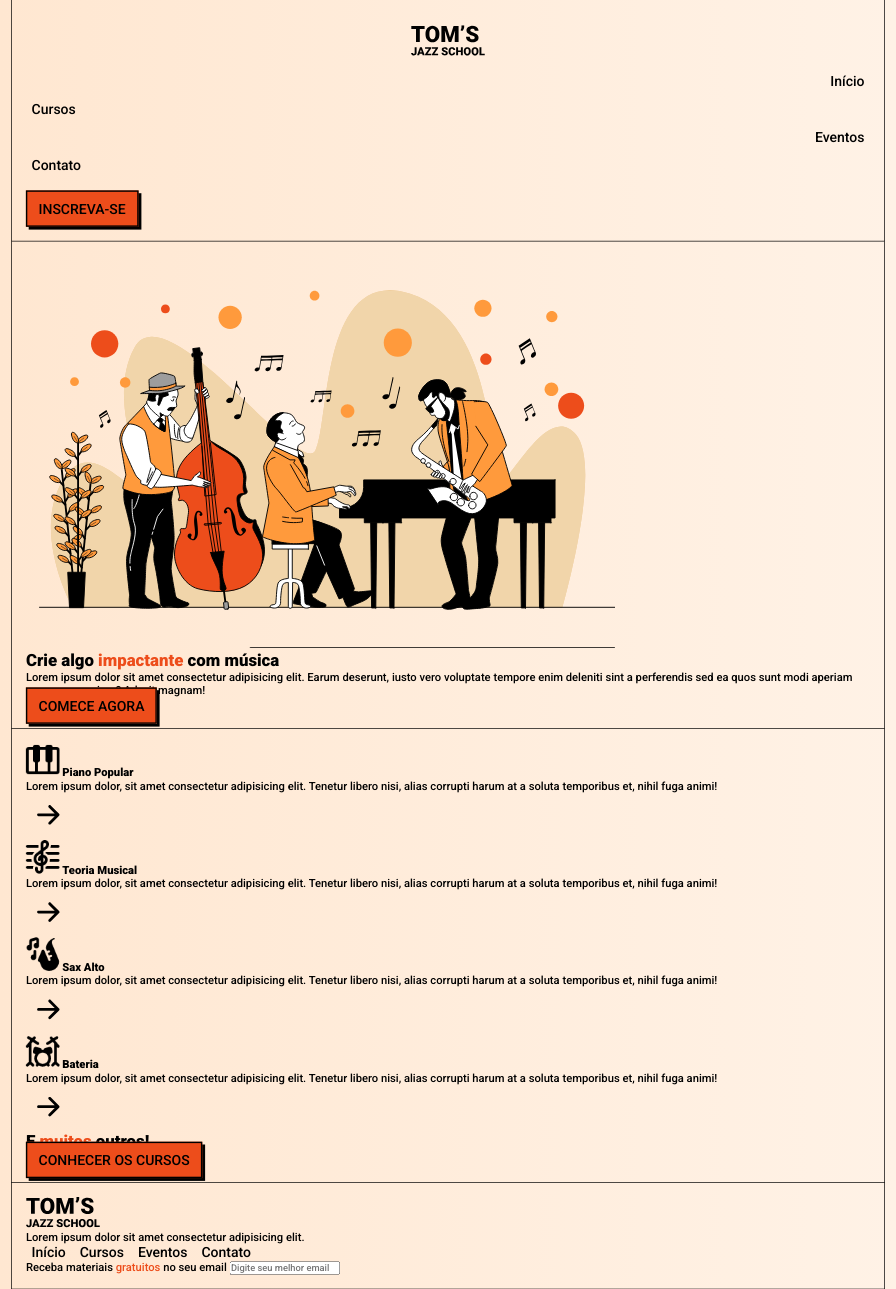
Repository: tenoriodasilva31/OBC-Music-School
Page: index.html
The author's editor kept a copy of each file at every save. The page is drawn from the files as they stood at one save, then again after the next save.
The browser window is 1280 px wide. The pictures show the whole page, at 70% of full size.

Above is the page before, as saved 2023-07-05 17:23:04.

### index.html
<!DOCTYPE html>
<html lang="pt-BR">
<head>
    <meta charset="UTF-8">
    <meta name="viewport" content="width=device-width, initial-scale=1.0">
    <title>Tom's Jazz School</title>

    <link rel="preconnect" href="https://fonts.googleapis.com">
    <link rel="preconnect" href="https://fonts.gstatic.com" crossorigin>

    <link rel="stylesheet" href="index.css">

    <link href="https://fonts.googleapis.com/css2?family=Roboto:wght@500;900&display=swap" rel="stylesheet">
</head>
<body>
    <header>
        <img src="./img/logo.svg" alt="Tom's School">
        <nav class="mt-1 nx-auto">
            <a href="#">Início</a>
            <a href="#">Cursos</a>
            <a href="#">Eventos</a>
            <a href="#">Contato</a>
        </nav>
        <button href="#" class="button mt-1 nx-auto">Inscreva-se</button>
    </header>
    <main>
        <section class="hero-section">
            <img src="/img/hero-img.svg" alt="Banda de jazz se apresentando">
            <div>
                <h1>Crie algo <span class="text-primary">impactante</span> com música</h1>
                <p>Lorem ipsum dolor sit amet consectetur adipisicing elit. Earum deserunt, iusto vero voluptate tempore enim deleniti sint a perferendis sed ea quos sunt modi aperiam numquam veniam? Ad, sit magnam!</p>
                <a href="#" class="button mt-1 mb-1 nx-auto">Comece agora</a>
            </div>
        </section>
        <section class="courses-section">
            <div class="cards">
            <article>

                <img src="/img/piano.png" alt="icone de teclas de piano">
                <strong>Piano Popular</strong>
                <p>Lorem ipsum dolor, sit amet consectetur adipisicing elit. Tenetur libero nisi, alias corrupti harum at a soluta temporibus et, nihil fuga animi!</p>
                <a href="#">
                    <img src="/img/arrow-right.svg" alt="Ir para página do curso">
                </a>
            </article>
            <article>
                <img src="/img/clef.png" alt="icone clave">
                <strong>Teoria Musical</strong>
                <p>Lorem ipsum dolor, sit amet consectetur adipisicing elit. Tenetur libero nisi, alias corrupti harum at a soluta temporibus et, nihil fuga animi!</p>
                <a href="#">
                    <img src="/img/arrow-right.svg" alt="Ir para página do curso">
                </a>
            </article>
            <article>
                <img src="/img/sax.png" alt="icone de teclas de piano">
                <strong>Sax Alto</strong>
                <p>Lorem ipsum dolor, sit amet consectetur adipisicing elit. Tenetur libero nisi, alias corrupti harum at a soluta temporibus et, nihil fuga animi!</p>
                <a href="#">
                    <img src="/img/arrow-right.svg" alt="Ir para página do curso">
                </a>
            </article>
            <article>
                <img src="/img/drums.png" alt="icone de teclas de piano">
                <strong>Bateria</strong>
                <p>Lorem ipsum dolor, sit amet consectetur adipisicing elit. Tenetur libero nisi, alias corrupti harum at a soluta temporibus et, nihil fuga animi!</p>
                <a href="#">
                    <img src="/img/arrow-right.svg" alt="Ir para página do curso">
                </a>
            </article>
            </div>
            <h2>E <span class="text-primary">muitos</span> outros!</h2>
            <a href="#" class="button">Conhecer os cursos</a>
        </section>
    </main>

    <footer>
        <div>
            <img src="/img/logo.svg" alt="Tom's School">
            <p>Lorem ipsum dolor sit amet consectetur adipisicing elit. </p>
        </div>
        <nav>
            <a href="#">Início</a>
            <a href="#">Cursos</a>
            <a href="#">Eventos</a>
            <a href="#">Contato</a>
        </nav>
        <form>
            <label for="email">Receba materiais <span class="text-primary">gratuitos</span> no seu email</label>
            <input type="text" name="email" id="email" placeholder="Digite seu melhor email">
        </form>
    </footer>
</body>
</html>

### index.css
* {
    box-sizing: border-box;
    font-family: 'Roboto', sans-serif;
    margin: 0;
    padding: 0;
}

:root {
    --color-primary: #ED4D1B;
    --color-secondary: #FF9a3c;
    --color-black: #000;
    --color-white: #FFF;
}

body {
    background: linear-gradient(90deg, #ffe7d1 0%, #FFF2e6 100%);
    padding: 0 1rem;
}

header,.hero-section, .courses-section, footer {
    border-color: var(--color-black);
    border-style: solid;
    border-width: 0 1px 1px 1px;
    padding: 1.25rem;
}

header img {
    display: block;
    margin: 1rem auto;
}

header nav {
    display: grid;
    grid-template-columns: 1fr, 1fr;
}

nav a {
    color: var(--color-black);
    font-size: 1.25rem;
    padding: .5rem;
    text-decoration: none;
}

header nav a:nth-child(2n-1) {
    text-align: right;
}

.button {
    background-color: var(--color-primary);
    border: 2px solid var(--color-black);
    box-shadow: 4px 4px 0 var(--color-black);
    color: var(--color-black);
    display: black;
    font-size: 1.25rem;
    padding: .75rem 1rem;
    max-width: 14rem;
    text-align: center;
    text-decoration: none;
    text-transform: uppercase;
}

.mt-1 {
    margin-top: 1rem;
}

.mt-2 {
    margin-top: 2rem;
}

.mb-1 {
    margin-bottom: 1rem;
}

.mb-2 {
    margin-bottom: 2rem;
}

.mx-auto {
    margin-left: auto;
    margin-right: auto;
}

.text-primary {
    color: var(--color-primary);
}

.text-center {
    text-align: center;
}

After the next save:
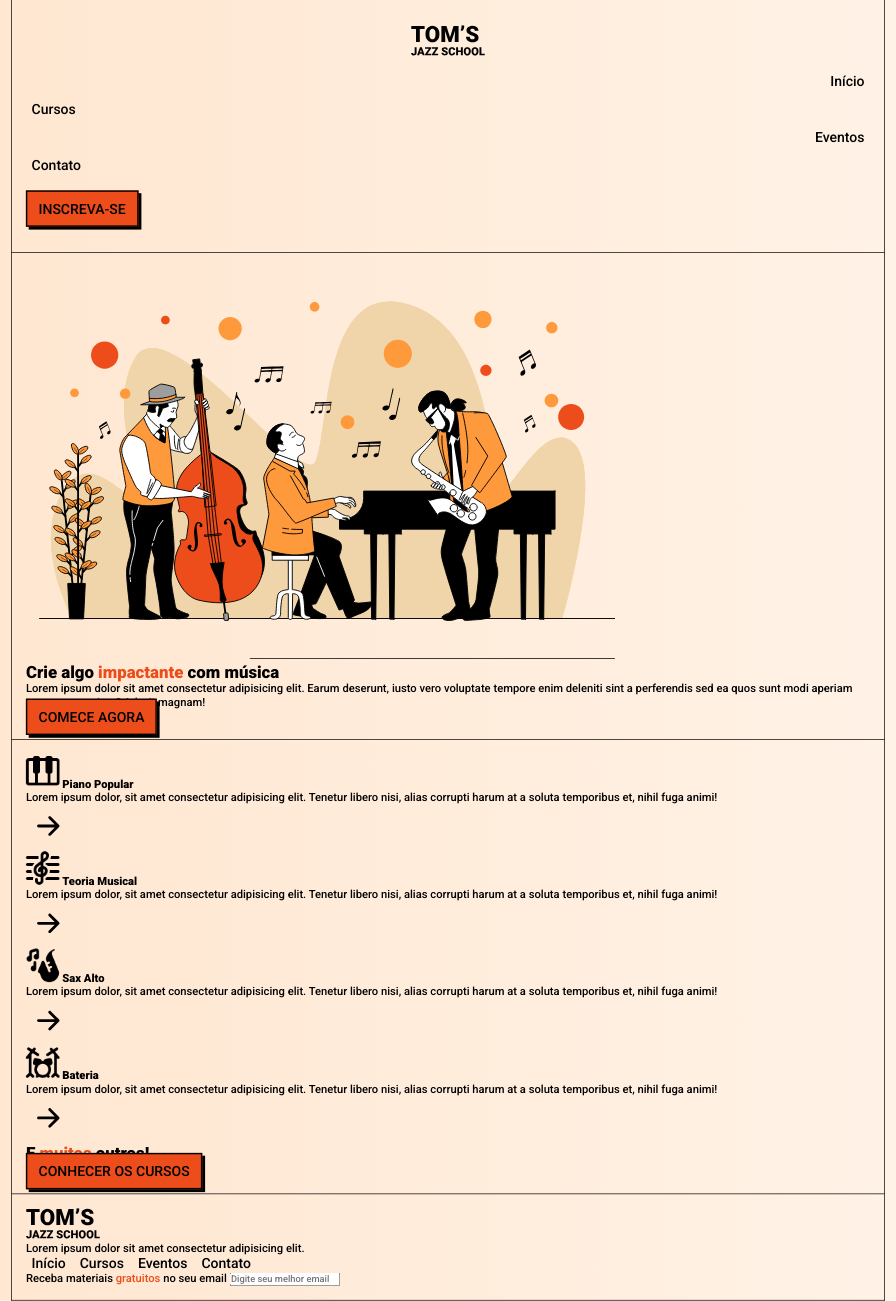
Saved 15 s later.
--- a/index.html
+++ b/index.html
@@ -21,7 +21,7 @@
             <a href="#">Eventos</a>
             <a href="#">Contato</a>
         </nav>
-        <button href="#" class="button mt-1 nx-auto">Inscreva-se</button>
+        <button href="#" class="button mt-1 mb-1 nx-auto">Inscreva-se</button>
     </header>
     <main>
         <section class="hero-section">
